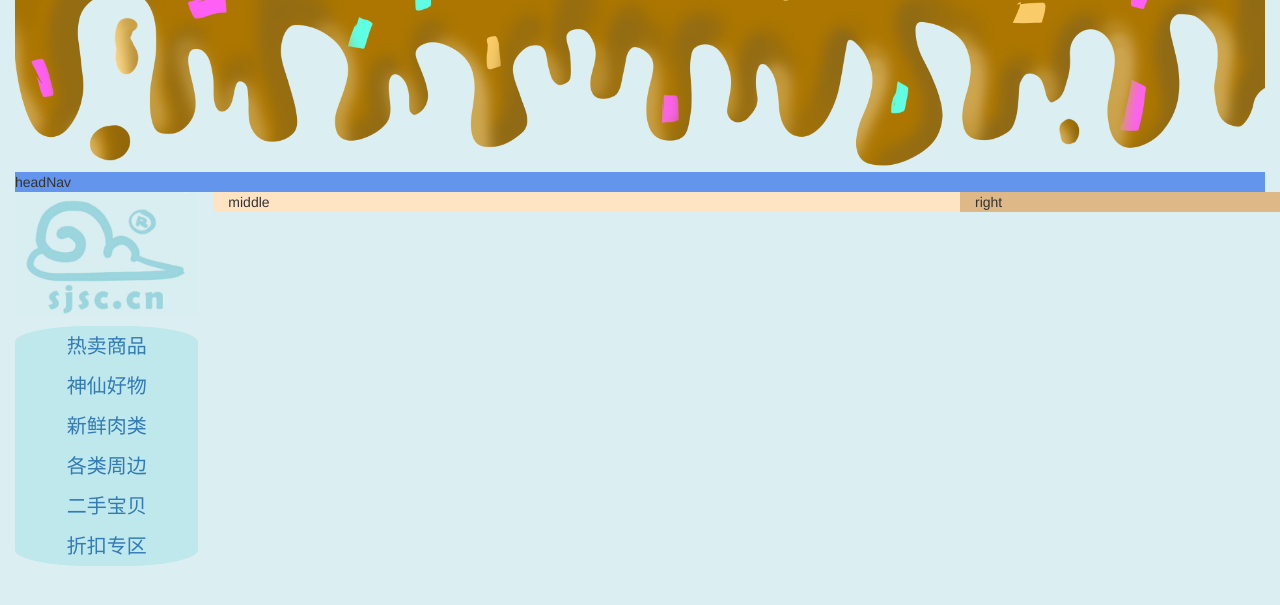
Repository: 15378517762/zxy
Page: html/index.html
An editor plug-in stored every save of this project. The page is shown before and after the next save, followed by the edit.
The browser window is 1280 px wide. The pictures show the whole page.

Above is the page before, as saved 2021-05-28 21:10:56.

### html/index.html
<!DOCTYPE html>
<html lang="en">
<head>
	<meta charset="UTF-8">
	<meta name="viewport" content="width=device-width, initial-scale=1.0">
	<title>Document</title>

	<!--[if lt IE 9]>
      <script src="https://cdn.jsdelivr.net/npm/html5shiv@3.7.3/dist/html5shiv.min.js"></script>
      <script src="https://cdn.jsdelivr.net/npm/respond.js@1.4.2/dest/respond.min.js"></script>
    <![endif]-->

	<link rel="stylesheet" href="../bootstrap/css/bootstrap.min.css">
	<script src="../js/jquery-3.6.0.min.js"></script>
	<link rel="stylesheet" href="../css/index.css">
	<link rel="icon" href="../img/logo.jpg">
</head>
<body>
	<div class="container">
		<img src="../img/headpic.png" class="headpic" alt="">

		<div class="headNav">headNav</div>
		<div class="row">
			<header class="col-md-2">
				<div class="logo">
					<img src="../img/logo2.jpg" alt="">
				</div>
				<div class="sideNav">
					<ul>
						<li><a href="">热卖商品</a></li>
						<li><a href="">神仙好物</a></li>
						<li><a href="">新鲜肉类</a></li>
						<li><a href="">各类周边</a></li>
						<li><a href="">二手宝贝</a></li>
						<li><a href="">折扣专区</a></li>
					</ul>
				</div>
			</header>

			<article class="col-md-7">middle</article>

			<aside class="col-md-3">right</aside>
		</div>
	</div>
</body>
</html>

### css/index.css
@media screen and (min-width: 1280px) {
    .container {
        width: 1280px;
    }
}

body {
    background-color: #dbeff2;
}

.headNav {
    background-color: cornflowerblue;
}

.sideNav ul {
    padding-left: 0;
}

.sideNav li{
    height: 40px;
    list-style-type: none;
    background-color: rgb(190, 232, 235);
    text-align: center;
}

.sideNav li:hover {
    cursor: pointer;
}

.sideNav ul :nth-child(1):hover {
    background-color: rgb(103, 151, 255);
}

.sideNav ul :nth-child(2):hover {
    background-color: rgb(121, 163, 255);
}

.sideNav ul :nth-child(3):hover {
    background-color: rgb(151, 184, 255);
}

.sideNav ul :nth-child(4):hover {
    background-color: rgb(181, 204, 255);
}

.sideNav ul :nth-child(5):hover {
    background-color: rgb(199, 216, 252);
}

.sideNav ul :nth-child(6):hover {
    background-color: rgb(214, 227, 255);
}
.sideNav li a {
    font-size: 20px;
    line-height: 40px;
    text-align: center;
    text-decoration: none;
}

.sideNav ul :nth-child(1) {
    margin-top: 10px;
    border-radius: 40% 40% 0 0;
}

.sideNav ul :nth-last-child(1) {
    border-radius: 0 0 40% 40%;
}

.headpic {
    width: 100%;
}

.logo img {
    width: 100%;
}

article {
    background-color: bisque;
}

.lunfan {
    height: 300px;
}

aside {
    background-color: burlywood;
}

Loaded but not shown: bootstrap/css/bootstrap.min.css (library); js/jquery-3.6.0.min.js (library)

After the next save:
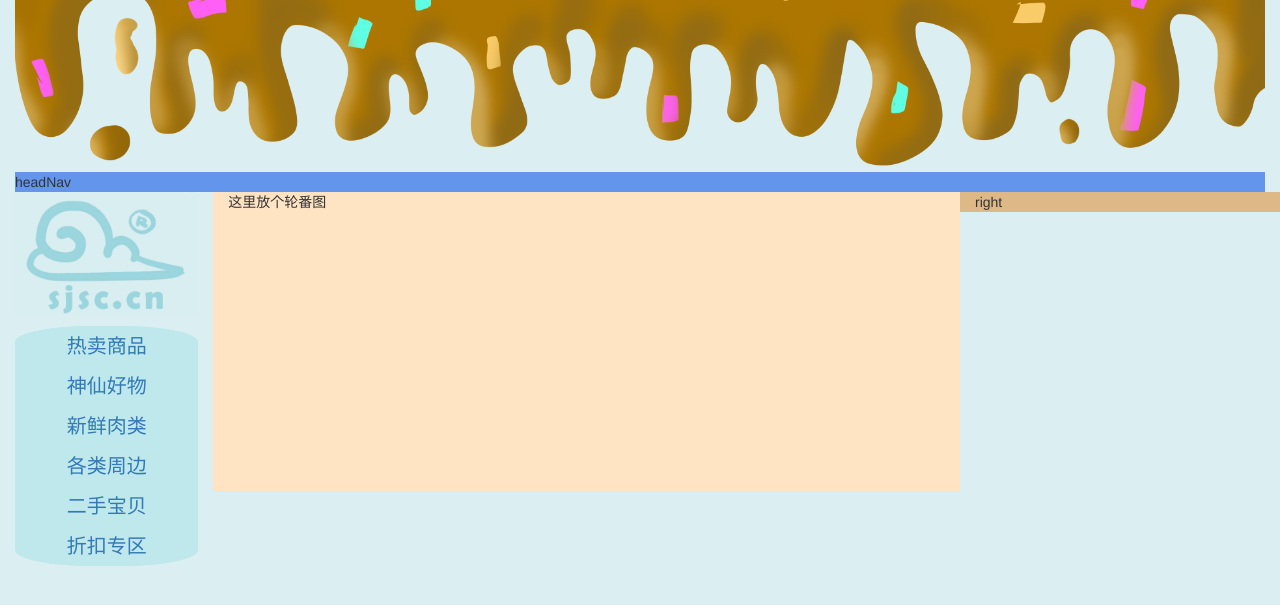
Saved 3 s later.
--- a/html/index.html
+++ b/html/index.html
@@ -37,7 +37,9 @@
 				</div>
 			</header>
 
-			<article class="col-md-7">middle</article>
+			<article class="col-md-7">
+				<div class="lunfan">这里放个轮番图</div>
+			</article>
 
 			<aside class="col-md-3">right</aside>
 		</div>
